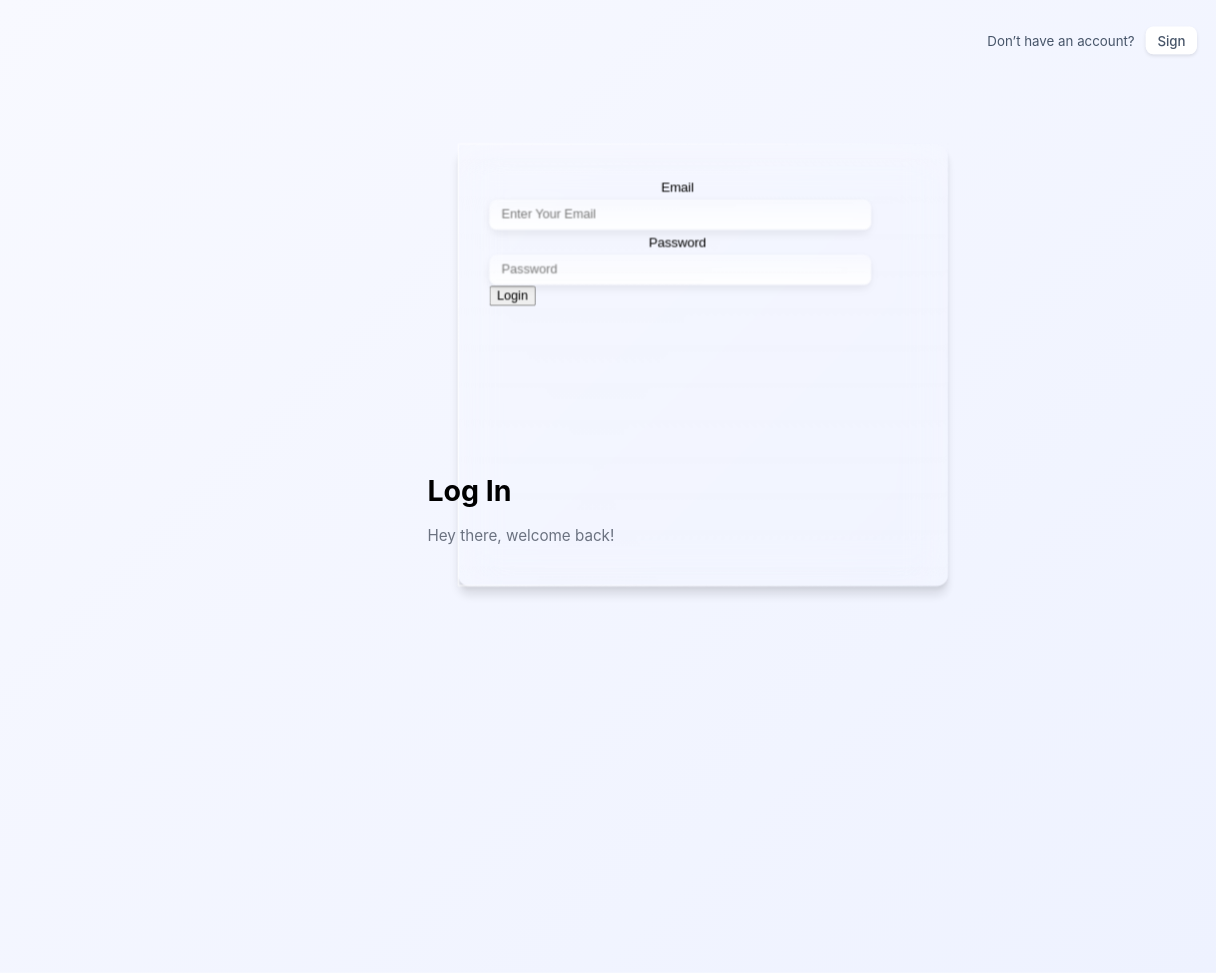
Repository: AfifaNoor/Admin_Panel-React-
Page: /
These files come from the project's save history. The page is drawn as it stood at one moment and after the next save; the edit follows.
The browser window is 1280 px wide. The pictures show the whole page, at 95% of full size.
The project was rebuilt for these pictures with package versions that can differ from the ones it lists, and the page was loaded fresh each time. Also part of the build but not shown: src/SignUp.jsx.

Above is the page before, as saved 2025-07-10 16:27:07.

### src/App.js
import React from 'react'
import LoginPage from './LoginPage'
import { RouterProvider } from 'react-router-dom'
import Router from './Router'

const App = () => {
  return (
    <>
      {/* <RouterProvider router={Router}/> */}
      <LoginPage/>
    </>


  )
}

export default App

### src/LoginPage.jsx
import React, { useState } from 'react'
// import {Navigate, useNavigate} from 'react-router-dom';
import "./LoginPage.css"
import { ToastContainer, toast } from 'react-toastify';
import 'react-toastify/dist/ReactToastify.css';

const LoginPage = () => {
    const[email , setEmail]=useState('')
    const [password , setPassword] = useState('')
    // const navigate= useNavigate();

const handleSubmit =(e)=>{
    e.preventDefault();

 const hardcoreMail="login@gmail.com";
 const hardcorePassword = '1234567'

    if (email=== hardcoreMail && password === hardcorePassword){
        alert("Login Successfull")

    }else{
        alert("Invalid Credential")
    }

}



  return (
 <div className="login-container">

      <div className="signup-redirect">
        <p>
          Don’t have an account?{' '}
          {/* <span className="signup-link" onClick={() => navigate('/sign-up')}> */}
            {/* Sign Up */}
          {/* </span> */}
          <span className="signup-link" >
            Sign
          </span>
        </p>
      </div>

      <div className="title">
        <h1>Log In</h1>
        <p>Hey there, welcome back!</p>
      </div>

    <div>



    </div>

      <form className="login-form" onSubmit={handleSubmit}>
      <label className='form-label'>Email</label>
        <input
          type="email"
          className="form-input"
          value={email}
          placeholder="Enter Your Email"
          onChange={(e) => setEmail(e.target.value)}
          required
        />

        <label className='form-label'>Password</label>
        <input
          type="password"
          className="form-input"
          placeholder="Password"
          value={password}
          onChange={(e) => setPassword(e.target.value)}
          required
        />

        <button className="login-btn" type="submit">
          Login
        </button>

        {/* <ToastContainer /> */}
      </form>
    </div>
  );
}

export default LoginPage

### src/Router.jsx
import React from 'react';
import { createBrowserRouter , createRoutesFromElements , Route } from 'react-router-dom';
import LoginPage from './LoginPage';
import SignUp from './SignUp';

const Router = createBrowserRouter(
  createRoutesFromElements(
    <>

      <Route path='/sign-up' element={<SignUp/>}/>
      <Route path='login-page' element={<LoginPage/>}/>
    </>
  )
)

export default Router;

### src/LoginPage.css
.login-container {
  width: 100%;
  height: 1024px;
  /* background: #FFFFFF; */
  opacity: 1;
  transform: rotate(0deg);
  display: flex;
  justify-content: center;
  align-items: center;
  background: linear-gradient(135deg, #f8f9ff, #eef2ff);
  flex-direction: column;
  /* font-family: 'Inter','sans-serif'; */
  position: relative;


}
.signup-redirect {
  position: absolute;
  top: 20px;
  right: 20px;
  font-size: 14px;
  color: #475569;
}

.signup-link {
  background: #ffffff;
  border-radius: 8px;
  padding: 6px 12px;
  margin-left: 8px;
  box-shadow: 0 2px 4px rgba(0,0,0,0.1);
  cursor: pointer;
  font-weight: 500;
  transition: all 0.3s ease;
}

.signup-link:hover {
  background: #f0f0f0;
}


.title{
  z-index: 3;
  width: 380px;
  height: 72px;
  opacity: 1;
  gap: 10px;

}

.title h1 {
width: 380px;
height: 40px;
font-family: 'Inter', sans-serif;
font-weight: 600px;
font-size: 30px;
line-height: 40px;
letter-spacing: -1%;
margin-bottom: 8px;
}

.title p{
  font-size: 16px;
  font-style: Inter;
  font-weight: 400px;
  font-style:normal;
  line-height: 22px;
  letter-spacing: -1%;
  color: rgba(107, 114, 128, 1);
  margin-bottom: 24px;

}

.login-form{
  width: 450px;
  height: 400px;
  position: absolute;
  top: 150.5px;
  left: 482px;
  border-radius: 12px;
  padding: 32px;
  gap: 10px;
  opacity: 1;
  flex-direction: column;

  z-index: 2;

  background: linear-gradient(180deg, rgba(255, 255, 255, 0) -9.58%, rgba(255, 255, 255, 0.052) 100%);
  border: 1px solid transparent;
  border-image-source: linear-gradient(93.78deg, #FFFFFF 8.04%, rgba(255, 255, 255, 0) 100%);
  border-image-slice: 1;


-webkit-backdrop-filter: blur(20px);
backdrop-filter: blur(20px);

box-shadow:
  0px 10px 10px 0px rgba(0, 0, 0, 0.10),
  0px 4px 4px 0px rgba(0, 0, 0, 0.05),
  0px 1px 0px 0px rgba(0, 0, 0, 0.05),
  inset 0px 20px 50px 0px rgba(255, 255, 255, 0.15);

}

.form-label{
width: 380px;
height: 22px;
transform: rotate(0deg);
opacity: 1;
gap: 12px;
text-align: left;

font-family: 'Intern',sans-serif;
font-weight: 500px;
font-size: 14px;
line-height: 22px;
letter-spacing: -0.01em;

color:black;


border: none;
border-radius: 6px;
padding: 2px 8px;
cursor: pointer;
display: inline-flex;
align-items: center;
justify-content: center;

}

.form-input{

 width: 380px;
  height: 20px;
  min-width: 140px;
  max-width: 500px;
  transform: rotate(0deg);
  opacity: 1;
  border-radius: 8px;
  border-width: 1px;
  padding: 5px 8px 5px 12px;
  gap: 8px;

  background: linear-gradient(0deg, rgba(255, 255, 255, 0.9) 0%, rgba(255, 255, 255, 0.4) 100%);
  border: 1px solid transparent; /* fallback for border-image */

  border-image:
    linear-gradient(0deg, rgba(255, 255, 255, 0.1), rgba(255, 255, 255, 0.1)),
    linear-gradient(360deg, rgba(255, 255, 255, 0.5) 0%, rgba(255, 255, 255, 0) 100%);
  border-image-slice: 1;


  -webkit-backdrop-filter: blur(20px);
  backdrop-filter: blur(20px);
  box-shadow: 0 4px 10px rgba(0,0,0,0.08);
  cursor: pointer;
}

Loaded but not shown: public/index.html (common file); src/index.js (common file); src/index.css (common file); src/reportWebVitals.js (common file)

After the next save:
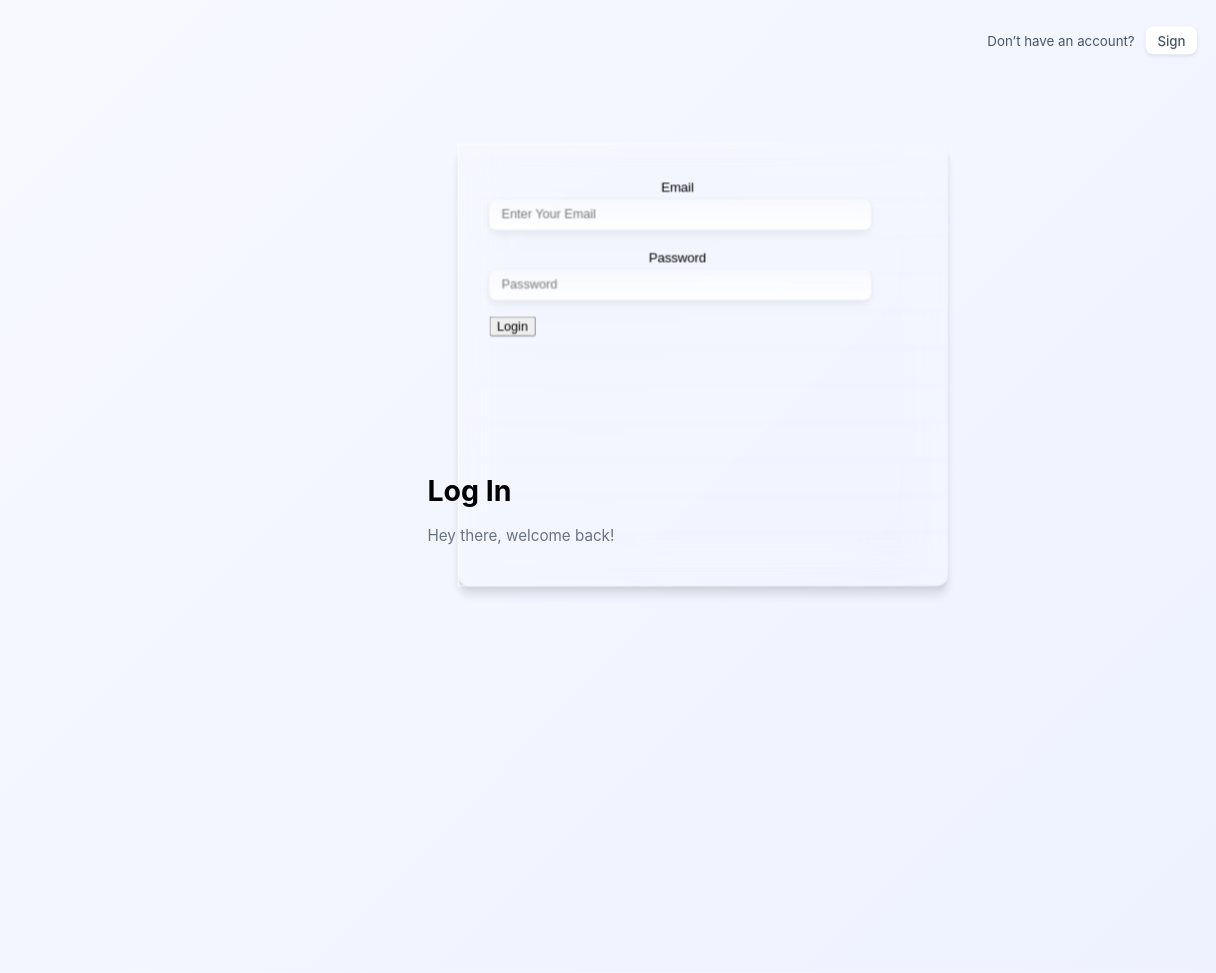
Saved 34 s later.
--- a/src/LoginPage.css
+++ b/src/LoginPage.css
@@ -140,6 +140,7 @@
   border-width: 1px;
   padding: 5px 8px 5px 12px;
   gap: 8px;
+  margin-bottom: 16px;
 
   background: linear-gradient(0deg, rgba(255, 255, 255, 0.9) 0%, rgba(255, 255, 255, 0.4) 100%);
   border: 1px solid transparent; /* fallback for border-image */

After the save that followed:
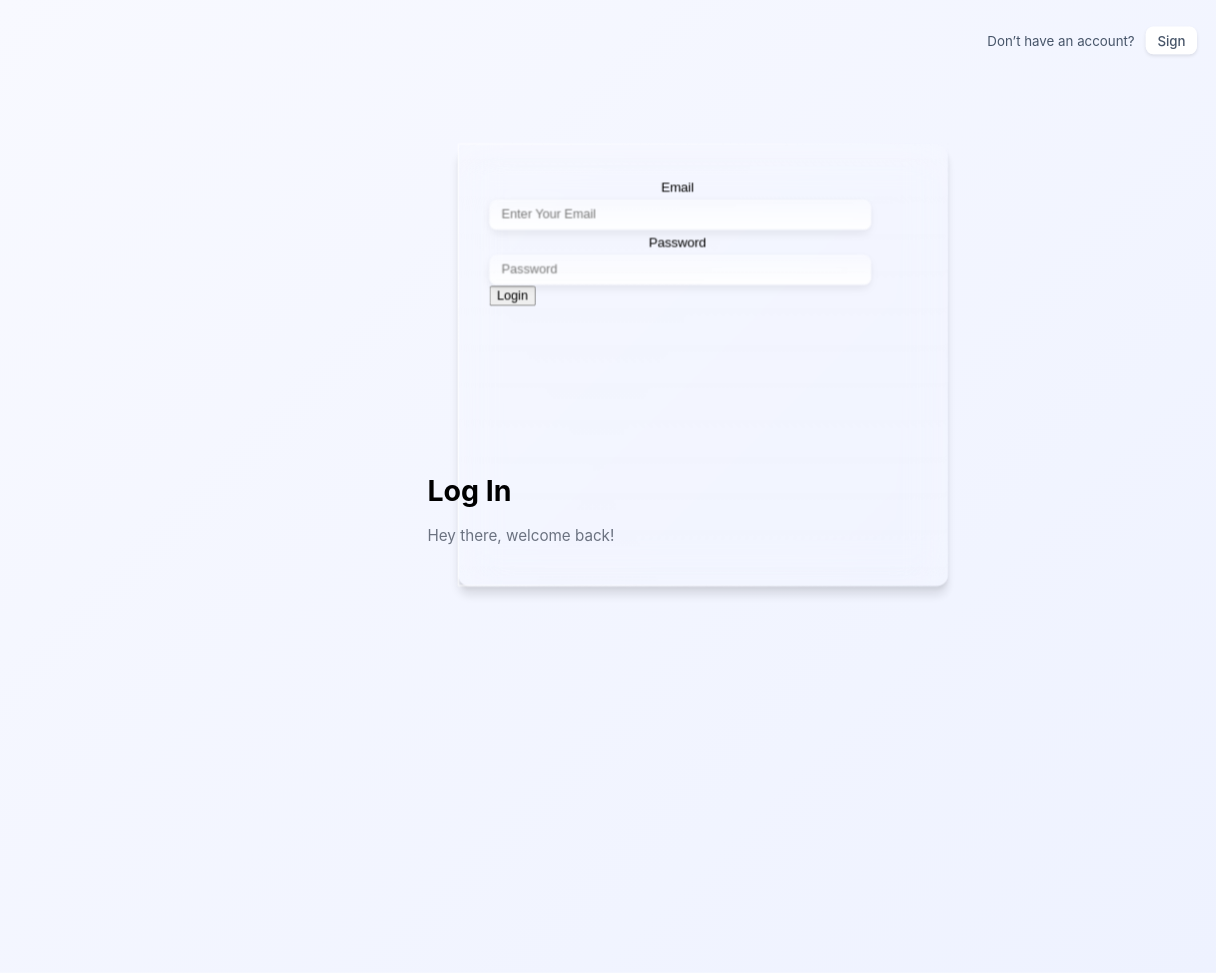
Saved 11 s later.
--- a/src/LoginPage.css
+++ b/src/LoginPage.css
@@ -140,7 +140,7 @@
   border-width: 1px;
   padding: 5px 8px 5px 12px;
   gap: 8px;
-  margin-bottom: 16px;
+
 
   background: linear-gradient(0deg, rgba(255, 255, 255, 0.9) 0%, rgba(255, 255, 255, 0.4) 100%);
   border: 1px solid transparent; /* fallback for border-image */
